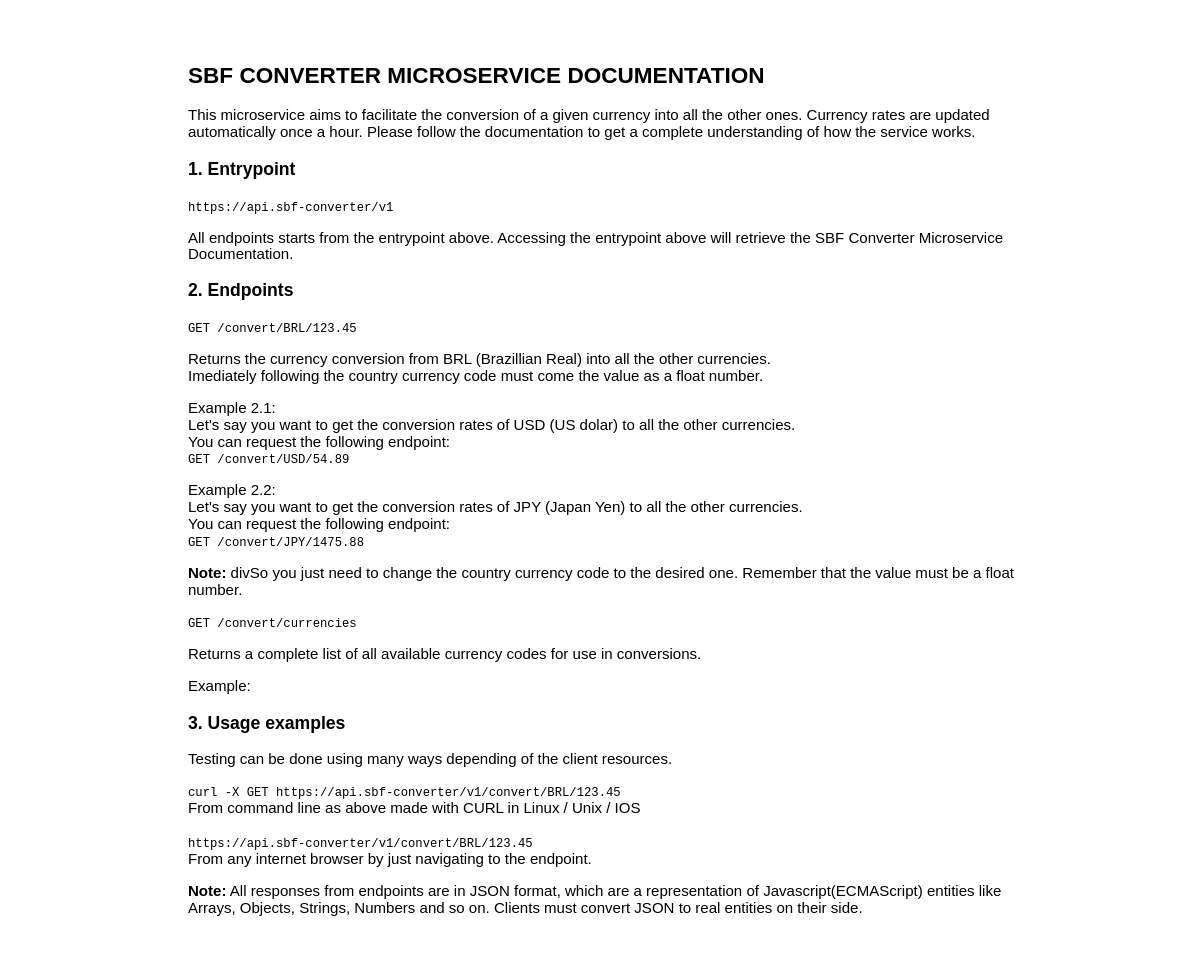
Repository: miguelamello/nestjs-restful-api
Page: documentation.html
The author's editor kept a copy of each file at every save. The page is drawn from the files as they stood at one save, then again after a run of saves.
The browser window is 1280 px wide. The pictures show the whole page, at 94% of full size.

Above is the page before, as saved 2023-03-21 22:41:33.

### documentation.html
<!DOCTYPE html>
<html lang="en">
<head>
  <meta charset="UTF-8">
  <meta http-equiv="X-UA-Compatible" content="IE=edge">
  <meta name="viewport" content="width=device-width, initial-scale=1.0">
  <title>SBF Converter Documentation</title>
  <style>
    body {
      font-family: Arial, Helvetica, sans-serif;
      padding: 3% 15%;
    }
  </style>
</head>
<body>
  <h2>SBF CONVERTER MICROSERVICE DOCUMENTATION</h2>
  <p>
    This microservice aims to facilitate the conversion of a given currency
    into all the other ones. Currency rates are updated automatically once a hour.
    Please follow the documentation to get a complete understanding of how the service works.
  </p>

  <h3>1. Entrypoint</h3>
  <code>https://api.sbf-converter/v1</code>
  <p>
    All endpoints starts from the entrypoint above. Accessing the entrypoint
    above will retrieve the SBF Converter Microservice Documentation.
  </p>

  <h3>2. Endpoints</h3>
  <p>
    <code>GET /convert/BRL/123.45</code>
    <div>Returns the currency conversion from BRL (Brazillian Real) into all the other currencies.</div>
    <div>Imediately following the country currency code must come the value as a float number.</div>

    <p>
      <div>Example 2.1:</div>
      <div>Let's say you want to get the conversion rates of USD (US dolar) to all the other currencies.</div>
      <div>You can request the following endpoint:</div>
      <code>GET /convert/USD/54.89</code>
    </p>

    <p>
      <div>Example 2.2:</div>
      <div>Let's say you want to get the conversion rates of JPY (Japan Yen) to all the other currencies.</div>
      <div>You can request the following endpoint:</div>
      <code>GET /convert/JPY/1475.88</code>
    </p>

    <p>
      <b>Note:</b>
      divSo you just need to change the country currency code to the desired one.
      Remember that the value must be a float number.
    </p>
  </p>

  <p>
    <code>GET /convert/currencies</code>
    <div>Returns a complete list of all available currency codes for use in conversions.</div>

    <p>Example:</p>
  </p>

  <h3>3. Usage examples</h3>

  <p>Testing can be done using many ways depending of the client resources.</p>

  <code>curl -X GET https://api.sbf-converter/v1/convert/BRL/123.45</code>
  <div>From command line as above made with CURL in Linux / Unix / IOS</div>
  <br>
  <code>https://api.sbf-converter/v1/convert/BRL/123.45</code>
  <div>From any internet browser by just navigating to the endpoint.</div>

  <p>
    <b>Note:</b> All responses from endpoints are in JSON format, which are a
    representation of Javascript(ECMAScript) entities like Arrays, Objects,
    Strings, Numbers and so on. Clients must convert JSON to real entities
    on their side.
  </p>

</body>
</html>

After the next 2 saves:
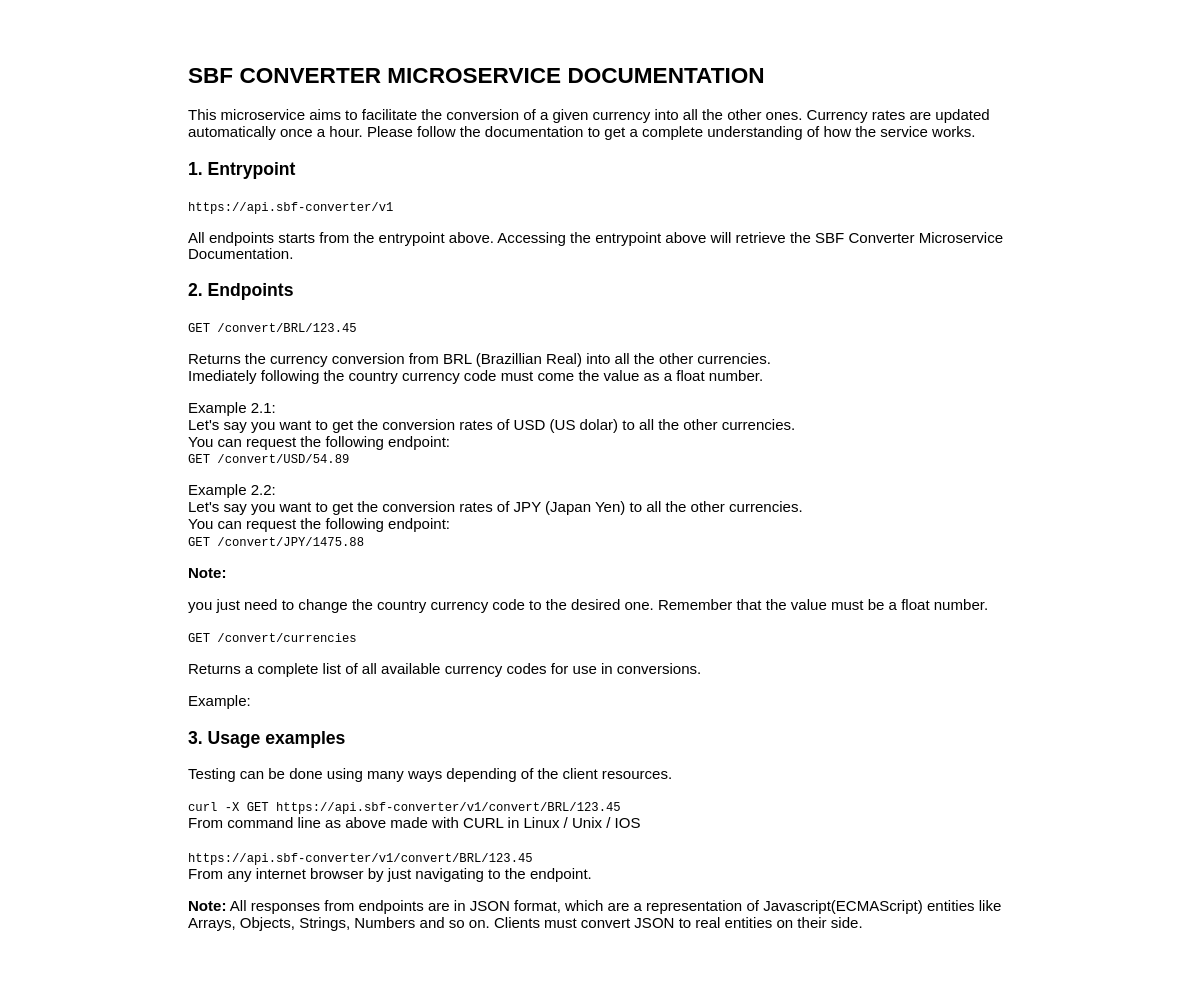
The 2 saves are shown as one change because they came seconds apart.
The last was saved 6 s later.
--- a/documentation.html
+++ b/documentation.html
@@ -49,7 +49,7 @@
 
     <p>
       <b>Note:</b>
-      divSo you just need to change the country currency code to the desired one.
+      <div></div> you just need to change the country currency code to the desired one.
       Remember that the value must be a float number.
     </p>
   </p>
